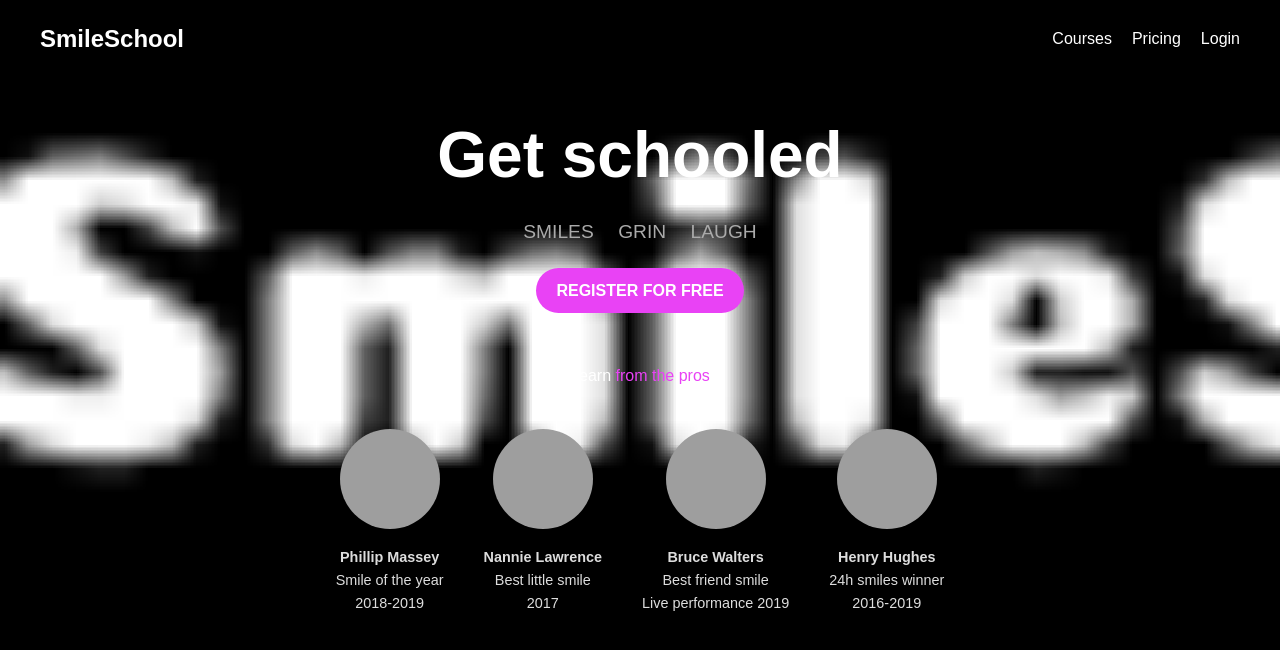
Repository: Patience225/alx_html_css
Page: css_advanced/index.html
The author's editor kept a copy of each file at every save. The page is drawn from the files as they stood at one save, then again after a run of saves.
The browser window is 1280 px wide. The pictures show the whole page.
Pictures or frames that could not be fetched are drawn as grey boxes.

Above is the page before, as saved 2025-01-03 20:50:48.

### css_advanced/index.html
<!DOCTYPE html>
<html lang="en">
<head>
    <meta charset="UTF-8">
    <meta name="viewport" content="width=device-width, initial-scale=1.0">
    <title>SmileSchool</title>
    <link rel="stylesheet" href="styles.css">
</head>
<body>
    <header class="header">
        <nav class="navbar">
            <div class="logo">SmileSchool</div>
            <ul class="nav-links">
                <li><a href="#">Courses</a></li>
                <li><a href="#">Pricing</a></li>
                <li><a href="#">Login</a></li>
            </ul>
        </nav>
    </header>

    <section class="banner">
        <div class="banner-content">
            <h1>Get schooled</h1>
            <div class="subtext">
                <span>SMILES</span>
                <span>GRIN</span>
                <span>LAUGH</span>
            </div>
            <a href="#" class="cta-button">REGISTER FOR FREE</a>
        </div>
        <div class="learn-pros">
            <p>Learn <span>from the pros</span></p>
        </div>
        <div class="profiles">
            <div class="profile">
                <img src="profile1.jpg" alt="Phillip Massey">
                <p><strong>Phillip Massey</strong><br>Smile of the year<br>2018-2019</p>
            </div>
            <div class="profile">
                <img src="profile2.jpg" alt="Nannie Lawrence">
                <p><strong>Nannie Lawrence</strong><br>Best little smile<br>2017</p>
            </div>
            <div class="profile">
                <img src="profile3.jpg" alt="Bruce Walters">
                <p><strong>Bruce Walters</strong><br>Best friend smile<br>Live performance 2019</p>
            </div>
            <div class="profile">
                <img src="profile4.jpg" alt="Henry Hughes">
                <p><strong>Henry Hughes</strong><br>24h smiles winner<br>2016-2019</p>
            </div>
        </div>
    </section>
</body>
</html>

### css_advanced/styles.css
/* Reset Styles */
* {
  margin: 0;
  padding: 0;
  box-sizing: border-box;
}

body {
  font-family: Arial, sans-serif;
  line-height: 1.6;
  background: #000; /* Fallback background */
  color: white;
}

/* Header */
.header {
  position: absolute;
  top: 0;
  left: 0;
  width: 100%;
  z-index: 10;
  padding: 20px 40px;
}

.navbar {
  display: flex;
  justify-content: space-between;
  align-items: center;
}

.logo {
  font-size: 1.5rem;
  font-weight: bold;
}

.nav-links {
  list-style: none;
  display: flex;
  gap: 20px;
}

.nav-links li a {
  text-decoration: none;
  color: white;
  font-weight: 500;
}

/* Banner Section */
.banner {
  background: url('images/logo.png') no-repeat center/cover;
  height: 100vh;
  display: flex;
  flex-direction: column;
  align-items: center;
  justify-content: center;
  text-align: center;
  position: relative;
  color: white;
}

.banner h1 {
  font-size: 4rem;
  font-weight: bold;
  margin-bottom: 10px;
}

.subtext span {
  margin: 0 10px;
  font-size: 1.2rem;
  color: #aaa;
}

.cta-button {
  display: inline-block;
  background: #e942f5;
  color: white;
  padding: 10px 20px;
  text-decoration: none;
  border-radius: 25px;
  margin: 20px 0;
  font-weight: bold;
}

.learn-pros {
  margin-top: 30px;
}

.learn-pros span {
  color: #e942f5;
}

.profiles {
  display: flex;
  justify-content: center;
  gap: 40px;
  margin-top: 40px;
}

.profile {
  text-align: center;
}

.profile img {
  width: 100px;
  height: 100px;
  border-radius: 50%;
  margin-bottom: 10px;
}

.profile p {
  font-size: 0.9rem;
  color: #ddd;
}

After the next 2 saves:
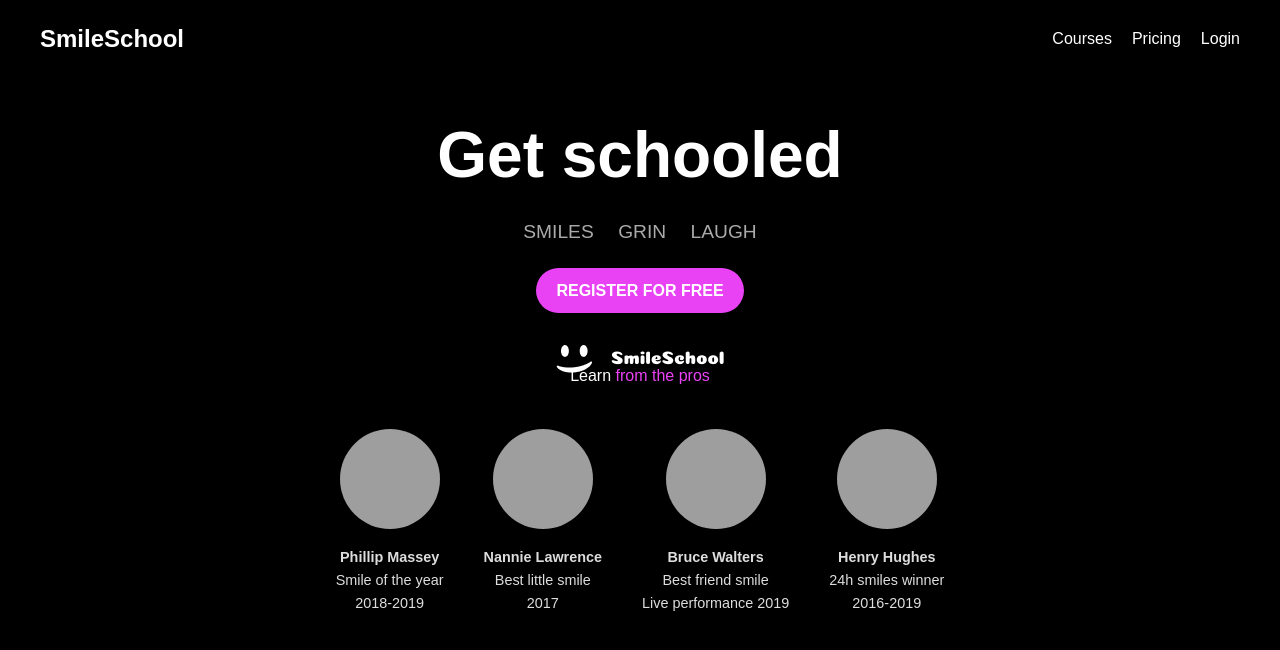
The 2 saves are shown as one change because they came seconds apart.
The last was saved 14 s later.
--- a/css_advanced/styles.css
+++ b/css_advanced/styles.css
@@ -47,7 +47,7 @@
 
 /* Banner Section */
 .banner {
-  background: url('images/logo.png') no-repeat center/cover;
+  background: url('images/logo.png') no-repeat center;
   height: 100vh;
   display: flex;
   flex-direction: column;

After the 3 saves that followed:
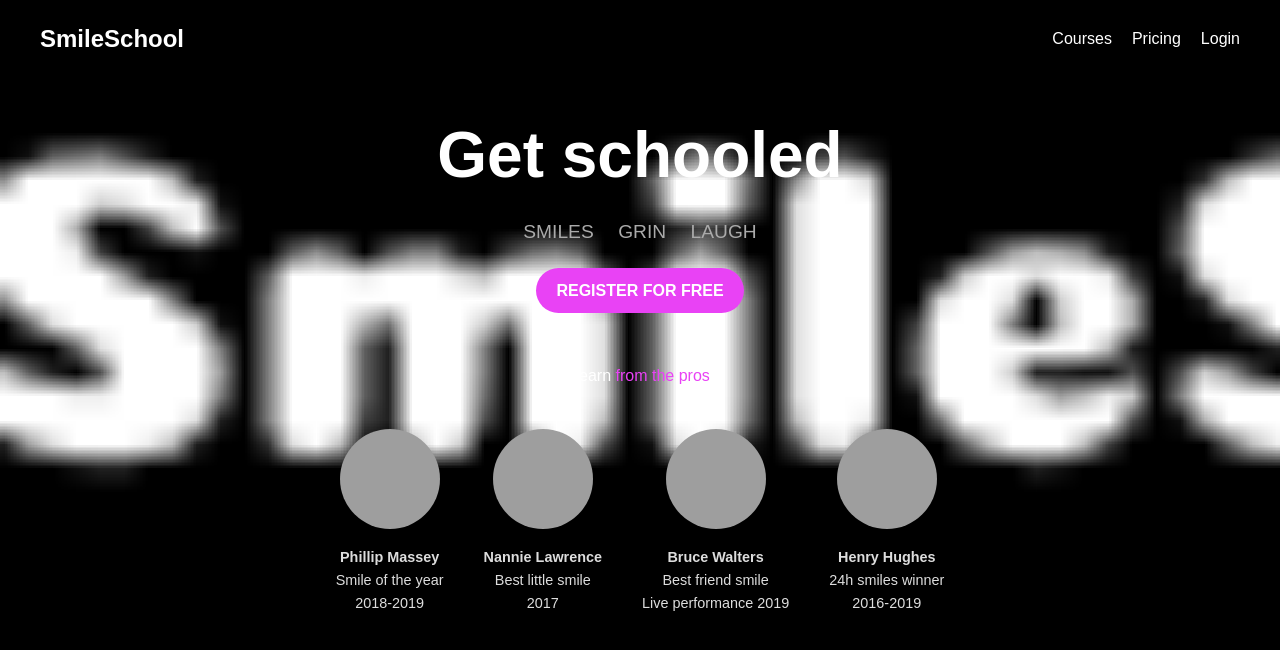
The 3 saves are shown as one change because they came seconds apart.
The last was saved 54 s later.
--- a/css_advanced/styles.css
+++ b/css_advanced/styles.css
@@ -47,7 +47,7 @@
 
 /* Banner Section */
 .banner {
-  background: url('images/logo.png') no-repeat center;
+  background: url('images/logo.png') no-repeat center/cover;
   height: 100vh;
   display: flex;
   flex-direction: column;
